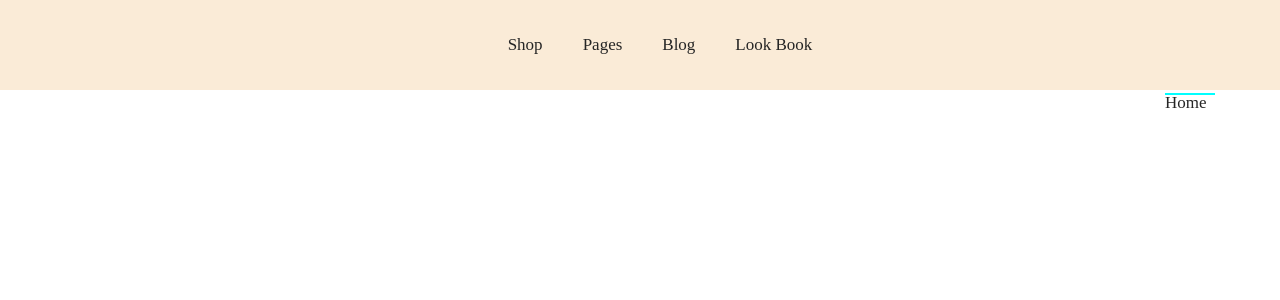
Repository: MorgunovaAlexandra/beauti
Page: index.html
The author's editor kept a copy of each file at every save. The page is drawn from the files as they stood at one save, then again after a run of saves.
The browser window is 1280 px wide. The pictures show the whole page.
The pointer rests on the first visible `.menu-list li a`.

Above is the page before, as saved 2022-08-24 12:12:42.

### index.html
<!DOCTYPE html>
<html lang="en">
<head>
    <meta charset="UTF-8">
    <meta http-equiv="X-UA-Compatible" content="IE=edge">
    <meta name="viewport" content="width=device-width, initial-scale=1.0">
    <link rel="stylesheet" href="./style.css">
    <title>Document</title>
</head>
<body>
    <div class="wrapper">
        <header class="header">
            <div class="header-container _container">
            <nav class="dws-menu">
                <ul class="menu-list">
                    <li><a href="#"><i class="fa fa-"></i>Home</a></li>
                    <li><a href="#"><i class="fa fa-"></i>Shop</a></li>
                    <li><a href="#"><i class="fa fa-"></i>Pages</a></li>
                    <li><a href="#"><i class="fa fa-"></i>Blog</a></li>
                    <li><a href="#"><i class="fa fa-"></i>Look Book</a></li>
                </ul>

            </nav>
            </div>
        </header>
    </div>
</body>
</html>

### style.css
* {
	margin: 0;
	padding: 0;
	border: 0;
	box-sizing: border-box;
}
:before,:after{
	padding: 0;
	margin: 0;
	border: 0;
	box-sizing: border-box;
}
html,body{
	height: 100%;
    font-family: 'SofiaProRegular';
	font-size: 18px;
	font-weight: 400;
}

.wrapper{
	width: 100%;
	overflow: hidden;

}
._container{
	max-width: 1170px;
	margin: 0px auto;
	padding: 0px 10px;
}
._container{
	max-width: 1170px;
	margin: 0px auto;
	padding: 0px 10px;
}
/*--------------------------*/
.header {
	font-family: 'TTCommons-Medium';
	position: absolute;/*---------изменено-----------------*/
	width: 100%;
	top: 0;
	left: 0;
	z-index: 50;
	font-size: 17px;
    height: 90px;
    background-color: antiquewhite;

}
.menu-list{
    display: flex;
    justify-content: center;
    align-items: center;
    height: 90px;
    position: relative;
}
.menu-list li a:hover{
   content: "";
   position: absolute;
   height: 2px;
   width: 50px;
   background-color: aqua;
   bottom: -5px;
   right: 0%;
}
@keyframes slidein {
    from {
      margin-left: 100%;
      width: 300%;
    }

    to {
      margin-left: 0%;
      width: 100%;
    }
}
a{
    text-decoration: none;
    color:rgb(37, 37, 37);
    margin-left: 40px;
}
li{
    list-style: none;

}

After the next 2 saves:
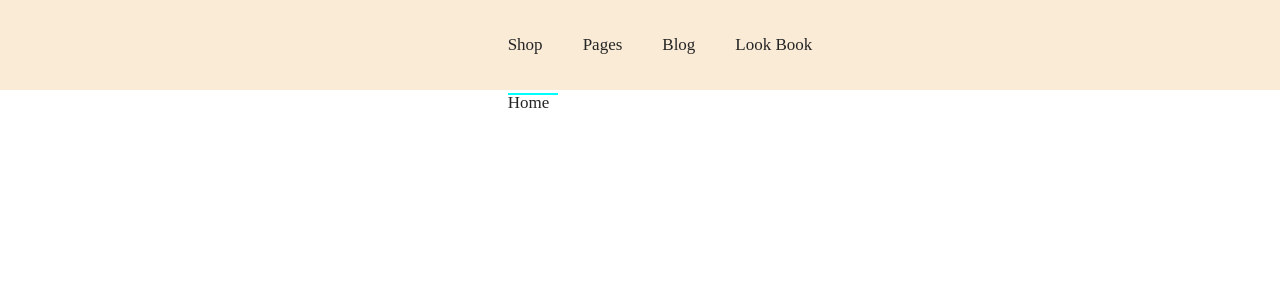
The 2 saves are shown as one change because they came seconds apart.
The last was saved 31 s later.
--- a/style.css
+++ b/style.css
@@ -59,7 +59,6 @@ html,body{
    width: 50px;
    background-color: aqua;
    bottom: -5px;
-   right: 0%;
 }
 @keyframes slidein {
     from {
